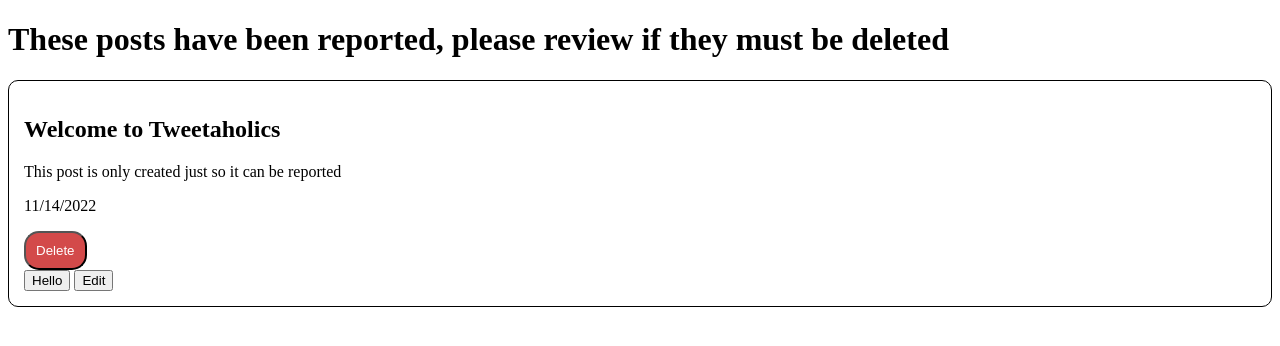
Repository: anagarango/Tweetaholic
Page: http://localhost/reported
An editor plug-in stored every save of this project. The page is shown before and after the next save, followed by the edit.
The browser window is 1280 px wide. The pictures show the whole page.
The page is served by the project's Node server (server.js). Other server files are loaded and not shown.

Above is the page before, as saved 2022-11-14 12:38:47.

### views/reported.ejs
<!DOCTYPE html>
<html lang="en">

<head>
    <meta charset="UTF-8">
    <meta http-equiv="X-UA-Compatible" content="IE=edge">
    <meta name="viewport" content="width=device-width, initial-scale=1.0">
    <style>
        .postBox{
          border:black solid 1px;
          border-radius: 10px;
          padding: 15px;
          margin-bottom: 20px;
        }

        .report{
          background-color: #D34A4A;
          color:white;
          padding: 10px;
          border-radius: 15px;
        }

        .reported{
          color:red
        }
    </style>
</head>

<body>
    <h1>These posts have been reported, please review if they must be deleted</h1>
  <% reportPosts.forEach(reportPosts => { %>
    <div class="postBox">
      <h2><%= reportPosts.title %></h2>
      <p><%= reportPosts.body %></p>
      <p><%= reportPosts.time %></p>
      <form action="<=% reportPosts.id %>/delete" method="post">
        <button class="report" type="submit" href="/reportPosts/:id/report" onclick="Delete('<%= reportPosts.id %>', '<%= reportPosts.name %>')">Delete</button>
      </form>
      <button onclick="Delete('<%= reportPosts.id %>', '<%= reportPosts.name %>')">Hello</button>
      <button>Edit</button>
    </div>

  <% }) %>

  <div>
    <h2 class="reported"></h2>
  </div>






    <script>
        function Delete(postId, postName) {
            fetch(`http://localhost:3000/reportPost?id=${postId}`).then(async (data) => {
                document.querySelector(".reported").innerText = ("Post from " + postName + " has been reported")
                const results = await data.json();
                console.log(postName)

                if (results.fact){
                    rightWrong.innerText = ("Correct")
                    nextButton.classList.add("visibleNextButton")
                    nextButton.classList.remove("defaultNextButton")
                    instructorFace.classList.remove("defaultNextButton")
                    instructorFace.classList.add("visibleNextButton")
                    instructorFace.src = results.image
                    console.log(document.getElementById("nextButton").href)



                } else {
                    rightWrong.innerText = ("Wrong")
                    nextButton.classList.add("visibleNextButton")
                    nextButton.classList.remove("defaultNextButton")
                    instructorFace.classList.remove("defaultNextButton")
                    instructorFace.classList.add("visibleNextButton")
                    instructorFace.src = results.image
                    console.log(document.getElementById("nextButton").href)

                }
            })
            return
        }
    </script>
</body>

</html>

### server.js
const express = require("express")
const bodyParser = require('body-parser')
const app = express()
const path = require('path')
const { posts } = require('./database')
const { reportPosts } = require('./database')

app.use(bodyParser.urlencoded({ extended: true }))
app.use(express.json())
app.use(express.static('public')); // static files middleware
app.set("view engine", "ejs");

app.get('/', (req, res) => {
  res.render('index')
})

app.get('/posts', (req, res) => {
  res.render('posts.ejs', {
    posts,
  })
})

app.get('/reported', (req, res) => {
  res.render('reported.ejs', {
    reportPosts,
  })
})

// app.post('/notes/:id/report', (req, res) => {
//   // const id = +req.params.id
//   // res.render('posts')
// })

const PORT = 3000
app.listen(PORT, () => {
  console.log(`The app is running on port ${PORT}`)
})

After the next save:
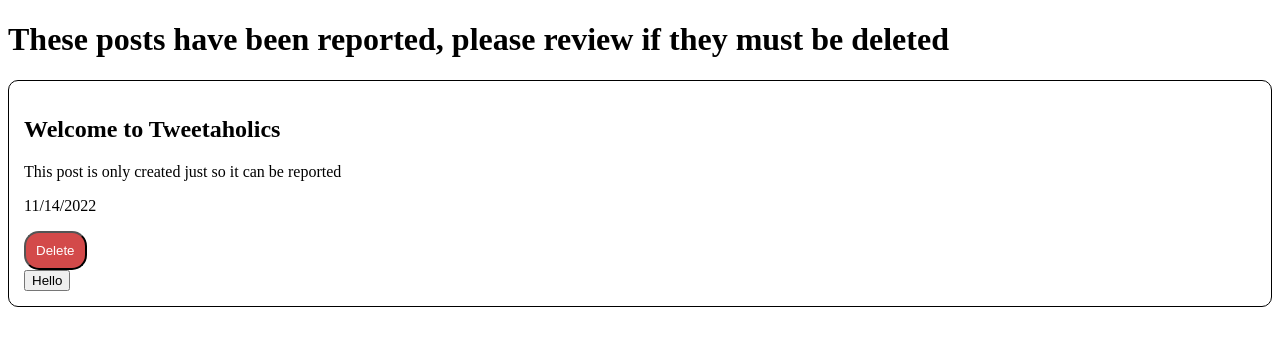
Saved 8 s later.
--- a/views/reported.ejs
+++ b/views/reported.ejs
@@ -37,7 +37,6 @@
         <button class="report" type="submit" href="/reportPosts/:id/report" onclick="Delete('<%= reportPosts.id %>', '<%= reportPosts.name %>')">Delete</button>
       </form>
       <button onclick="Delete('<%= reportPosts.id %>', '<%= reportPosts.name %>')">Hello</button>
-      <button>Edit</button>
     </div>
 
   <% }) %>
